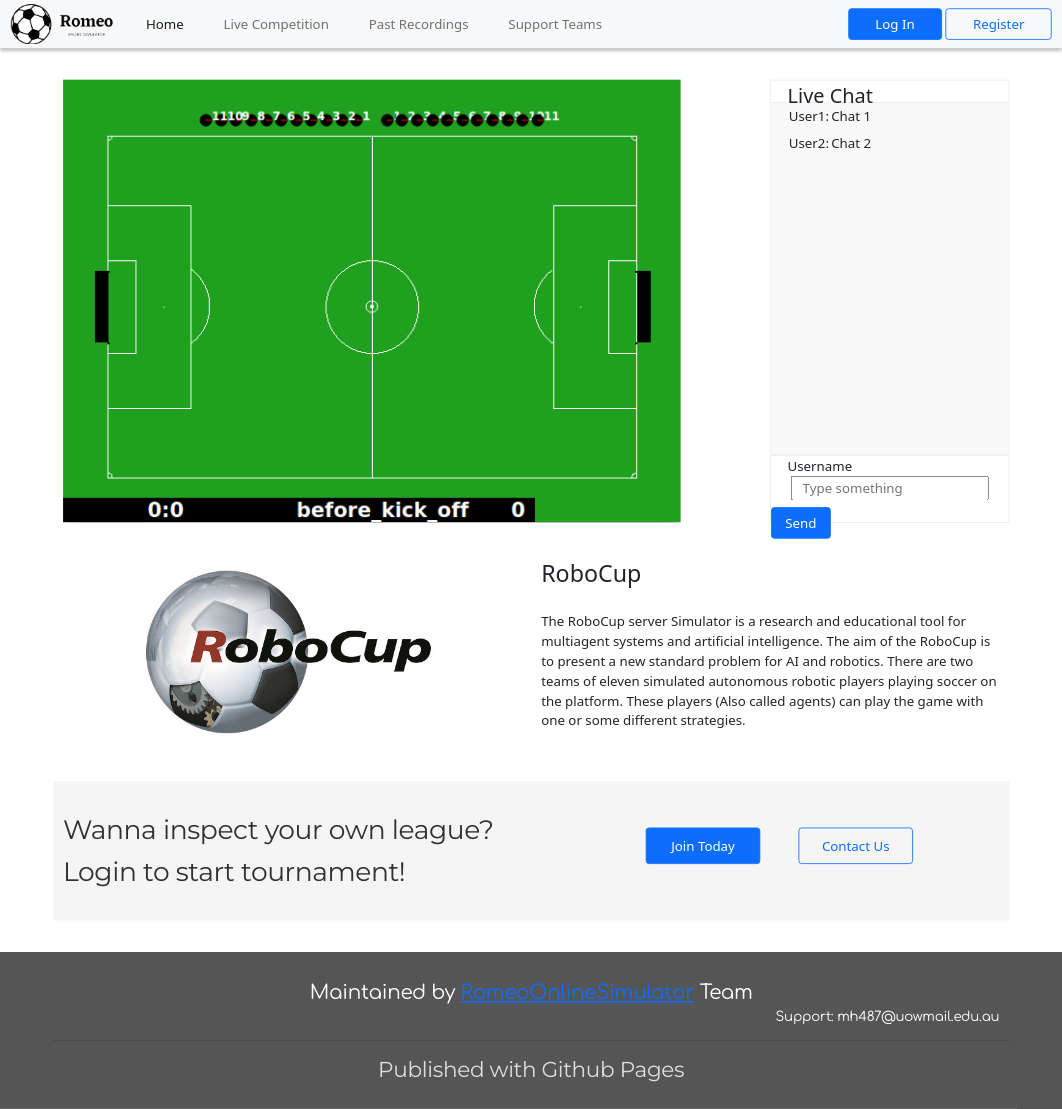
Repository: romeoonlinesim/romeoonlinesim.github.io
Page: competition.html
These files come from the project's save history. The page is drawn as it stood at one moment and after the next save; the edit follows.
The browser window is 1280 px wide. The pictures show the whole page, at 83% of full size.

Above is the page before, as saved 2021-05-19 21:48:21.

### competition.html
<!DOCTYPE html PUBLIC "-//W3C//DTD XHTML 1.0 Strict//EN"
"http://www.w3.org/TR/xhtml1/DTD/xhtml1-strict.dtd">
<html xmlns="http://www.w3.org/1999/xhtml">
<head>
<title>Robocup</title>
    <meta http-equiv="content-type" content="text/html; charset=iso-8859-1" />
    <link href="https://cdn.jsdelivr.net/npm/bootstrap@5.0.1/dist/css/bootstrap.min.css" rel="stylesheet" integrity="sha384-+0n0xVW2eSR5OomGNYDnhzAbDsOXxcvSN1TPprVMTNDbiYZCxYbOOl7+AMvyTG2x" crossorigin="anonymous">
    <link rel="stylesheet"
          href="https://fonts.googleapis.com/css?family=Montserrat">

    <link rel="stylesheet"
          href="https://fonts.googleapis.com/css?family=Comfortaa">


    <style>
        .navbar {
            padding-left:1%;
            padding-right:1%;
            padding-top: 0%;
            padding-bottom:0%;
            box-shadow: 0px 4px 4px rgba(0, 0, 0, 0.25);
        }

        .navbar-nav > li{
            padding-left:16px;
            padding-right:16px;
        }

        .navbar-right > a {
            padding-left:32px;
            padding-right:32px;
        }

        .background-img {
            width: 100%;
            height: auto;
        }

        #logo {
            max-height: 3rem;
            width:auto;
        }


        .text {
            align-items: center;
            display:grid;
            grid-row-gap: 0%;
        }

        /*h3 {
            font-weight: bold;
        }*/

        .para {
            font-family: Montserrat;
            font-style: normal;
            font-weight: normal;
            font-size: 32px;
            line-height: 50px;
            margin-bottom: 0%;
            /* or 139% */

            letter-spacing: -0.015em;

            color: rgba(0, 0, 0, 0.8);
        }

        .row {
            padding-bottom: 3%;
        }

        .no-padding {
            padding-bottom: 1%;
        }

        .footer {
            background: #555555;
            max-height: min-content;
        }

        .support-text {

            font-family: Comfortaa;
            font-style: normal;
            font-weight: normal;
            font-size: 24px;
            line-height: 32px;

            align-items: center;
            text-align: center;
            letter-spacing: -0.015em;

            color: #FFFFFF;
            padding-bottom: 0%;
            margin-bottom: 0%;
        }

        .support-email {
            font-family: Comfortaa;
            font-style: normal;
            font-weight: normal;
            font-size: 16px;
            align-items: center;
            text-align: right;
            letter-spacing: -0.015em;

            color: #FFFFFF;
        }

        .github-text {
            font-family: Montserrat;
            font-style: normal;
            font-weight: normal;
            font-size: 26px;

            text-align: center;
            letter-spacing: -0.015em;

            color: rgba(255, 255, 255, 0.8);
        }


        .right {
            text-align: right;
            float: right;
        }

        .grey {
            background: #F5F5F5;
        }

        .container-fluid {
            max-width: 90%;
            margin-top: 3%;
        }

        .watermark {
            position: absolute;

            right: 1%;
            top: 10%;

            font-family: Montserrat;
            font-style: italic;
            font-weight: bold;
            font-size: 56px;
            line-height: 80px;
            /* identical to box height, or 143% */

            text-align: center;
            letter-spacing: -0.015em;
        }

        .chat-box {
            border: 1px solid #e5e5e5ad;
        }

        .chat-header {
            text-indent: 3%;
            height: 5%;
            border-bottom: 1px solid #e5e5e5ad;
        }

        .chat {
            background: #faf9f9;
            height: 80%;
            text-indent: 3%;
            display: block;
            border-bottom: 1px solid #e5e5e5ad;
            overflow-y: scroll;
        }

        .chat-input {
            text-indent: 3%;
        }
    </style>
</head>

<body>
    <div class="navbar navbar-expand-lg navbar-light bg-light">
        <a href="#default" class = "navbar-brand">
            <img id="logo" src="img/logo-romeo-header.png">
        </a>
        <div class="collapse navbar-collapse" id="navbarSupportedContent">
            <ul class="navbar-nav mr-auto">
                <li class="nav-item">
                    <a class="nav-link active" href="index.html">Home</a>
                </li>
                <li class="nav-item">
                    <a class="nav-link" href="#livecompetition">Live Competition</a>
                </li>
                <li class="nav-item">
                    <a class="nav-link" href="#recording">Past Recordings</a>
                </li>
                <li class="nav-item">
                    <a class="nav-link" href="teams.html">Support Teams</a>
                </li>
            </ul>
        </div>
        <div class="navbar-right">
            <a href="login.html" class="btn btn-primary">Log In</a>
            <a href="register.html" class="btn btn-outline-primary">Register</a>
        </div>
    </div>

    <div class="container-fluid">
        <div class="row">
            <div class="col-lg-8">
                <img class="background-img" src="img/field-picture.png">
            </div>
            <div class="col-lg-1"></div>
            <div class="col-lg-3 chat-box">
                <div class="row chat-header">
                    <h4 class="pt-1">Live Chat</h4>
                </div>
                <div class="row chat">
                    <div class="pb-2 pt-1">
                        <label>User1:</label>
                        Chat 1
                    </div>
                    <div class="pb-2">
                        <label>User2:</label>
                        Chat 2
                    </div>
                </div>
                <div class="row chat-input">
                    <label class="">Username</label>
                    <div class="col-lg-1"></div>
                    <input class="col-lg-10" type="textarea" name="chat" placeholder="Type something"/>
                    <div class="col-lg-1"></div>
                </div>
                <div class="row">
                    <button type="button" class="btn btn-primary col-lg-3">Send</button>
                </div>
            </div>
        </div>
        <div class="row">
            <img class="img col-lg-6" src="img/robocup-1.png">
            <div class="text col-lg-6 ">
                <h3 class="grid-item">RoboCup</h3>
                <p class="grid-item">The RoboCup server Simulator is a research and educational tool for multiagent systems and artificial intelligence. The aim of the RoboCup is to present a new standard problem for AI and robotics. There are two teams of eleven simulated autonomous robotic players playing soccer on the platform. These players (Also called agents) can play the game with one or some different strategies. </p>
            </div>
        </div>
        <div class="row grey">
            <div class="row"></div>
            <div class="col-lg-6" id = "col-lg-6-left">
                <p class="para">Wanna inspect your own league?</p>
                <p class="para">Login to start tournament!</p>
            </div>

            <div class="col-lg-6 row">
                <!--a href="#Contact" class="btn btn-outline-primary" role="button">Contact Us</a>
                <a href="#Join" class="btn btn-primary" role="button">Join Today</a-->
                <div class="row"></div>
                <div class="col-lg-3"></div>
                <button type="button" class="btn btn-primary col-lg-3">Join Today</button>
                <div class="col-lg-1"></div>
                <button type="button" class="btn btn-outline-primary col-lg-3">Contact Us</button>
            </div>
        </div>
    </div>

    <div class="footer">
        <div class="container-fluid">
            <div class="row"></div>
            <div class="no-padding row">
                <p class="support-text">Maintained by <a href="#">RomeoOnlineSimulator</a> Team</p>
                <p class="support-email ml-auto">Support: mh487@uowmail.edu.au </p>
                <hr>
                <p class="github-text">Published with Github Pages</p>
            </div>
        </div>
    </div>
</body>
</html>

After the next save:
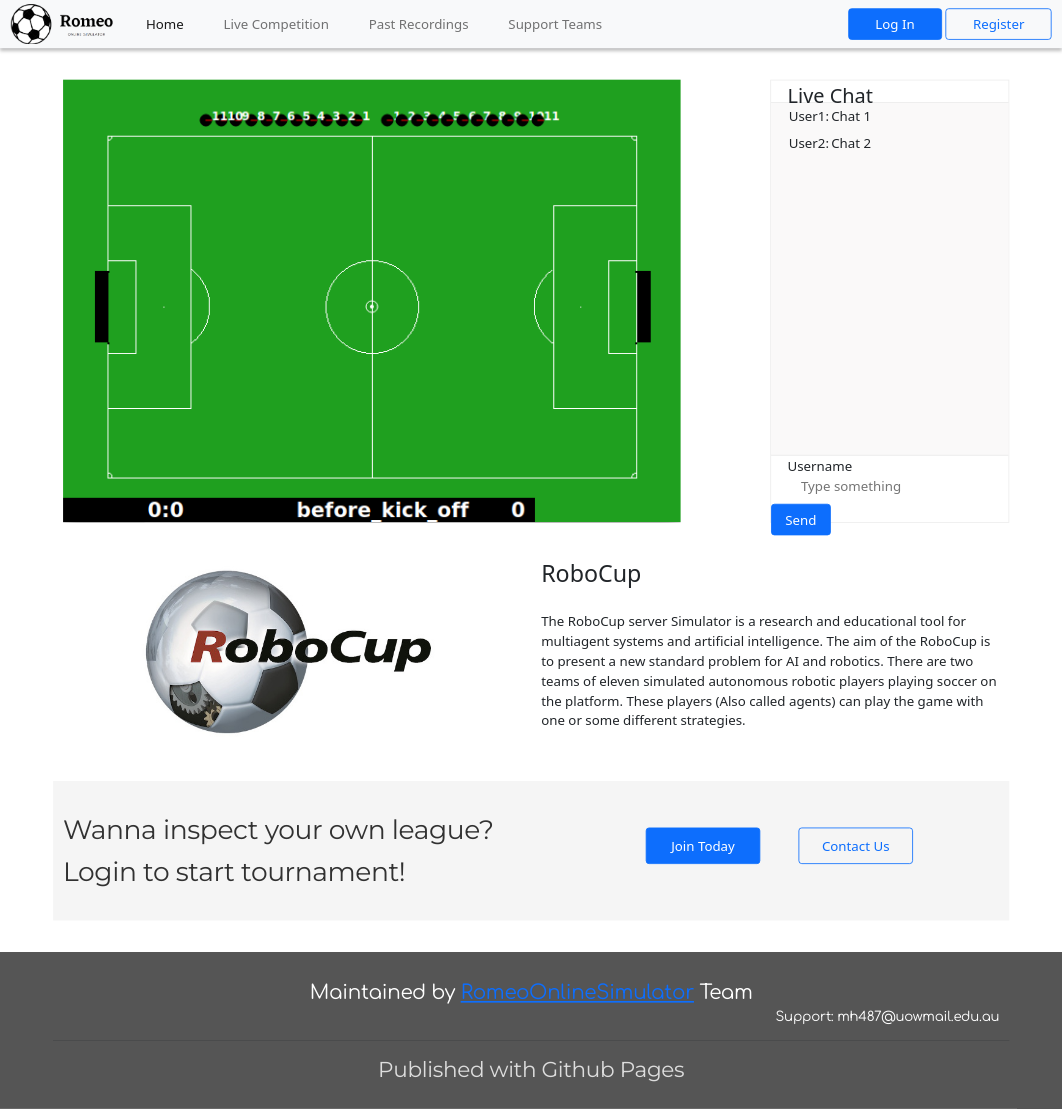
Saved 41 s later.
--- a/competition.html
+++ b/competition.html
@@ -174,6 +174,10 @@
         .chat-input {
             text-indent: 3%;
         }
+
+        .chat-text {
+            border: none;
+        }
     </style>
 </head>
 
@@ -227,7 +231,7 @@
                 <div class="row chat-input">
                     <label class="">Username</label>
                     <div class="col-lg-1"></div>
-                    <input class="col-lg-10" type="textarea" name="chat" placeholder="Type something"/>
+                    <input class="col-lg-10 chat-text" type="textarea" name="chat" placeholder="Type something"/>
                     <div class="col-lg-1"></div>
                 </div>
                 <div class="row">
